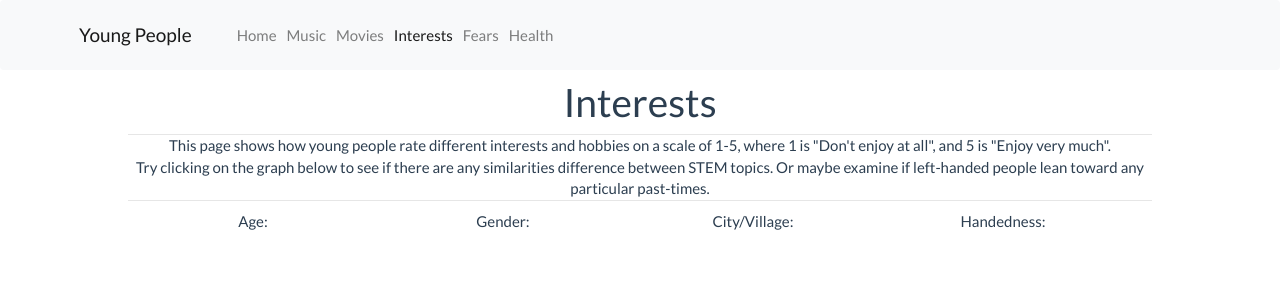
Repository: BrendanMolloy/milestone2
Page: interests.html
The author's editor kept a record of every edit. The page is drawn from the files as they stood at one moment, then again after the next edit.
The browser window is 1280 px wide. The pictures show the whole page.
Some web libraries are served in a nearby version.

Above is the page before.
Console error: TypeError: Cannot read properties of null (reading 'getAttribute')

### interests.html
<!DOCTYPE html>
<html lang="en">

<head>
  <meta charset="UTF-8">
  <meta name="viewport" content="width=device-width, initial-scale=1.0">
  <meta http-equiv="X-UA-Compatible" content="ie=edge">
  <title>Young People</title>

  <link rel="stylesheet" href="https://maxcdn.bootstrapcdn.com/bootstrap/4.0.0/css/bootstrap.min.css" integrity="sha384-Gn5384xqQ1aoWXA+058RXPxPg6fy4IWvTNh0E263XmFcJlSAwiGgFAW/dAiS6JXm" crossorigin="anonymous">

  <link rel="stylesheet" href="css/bootstrap.min.css" type="text/css" />
  <link rel="stylesheet" href="css/dc.min.css" type="text/css" />
  <link rel="stylesheet" href="css/style.css" type="text/css" />

  <script type="text/javascript" src="js/d3.min.js"></script>
  <script type="text/javascript" src="js/crossfilter.min.js"></script>
  <script type="text/javascript" src="js/dc.min.js"></script>
  <script type="text/javascript" src="js/queue.min.js"></script>
  <script type="text/javascript" src="js/interests.js"></script>
</head>

<body>
  <!------------------------------- Navbar -------------------------------------->

  <nav class="navbar navbar-expand-md navbar-expand-lg navbar-light bg-light">
    <a class="navbar-brand" href="#">Young People</a>
    <button class="navbar-toggler" type="button" data-toggle="collapse" data-target="#navbarNav" aria-controls="navbarNav" aria-expanded="false" aria-label="Toggle navigation">
    <span class="navbar-toggler-icon"></span>
  </button>
    <div class="collapse navbar-collapse" id="navbarNav">
      <ul class="navbar-nav">
        <li class="nav-item">
          <a class="nav-link" href="index.html">Home</a>
        </li>
        <li class="nav-item">
          <a class="nav-link" href="music.html">Music</a>
        </li>
        <li class="nav-item">
          <a class="nav-link" href="movies.html">Movies</a>
        </li>
        <li class="nav-item active">
          <a class="nav-link" href="interests.html">Interests <span class="sr-only">(current)</span></a>
        </li>
        <li class="nav-item">
          <a class="nav-link" href="fears.html">Fears</a>
        </li>
        <li class="nav-item">
          <a class="nav-link" href="health.html">Health</a>
        </li>
      </ul>
    </div>
  </nav>

  <!-------------------------------- Interests ------------------------------------->
  <section class="section main">
    <h1>Interests</h1>
    <p>This page shows how young people rate different interests and hobbies on a scale of 1-5, where 1 is "Don't enjoy at all", and 5 is "Enjoy very much".<br> Try clicking on the graph below to see if there are any similarities difference between STEM
      topics. Or maybe examine if left-handed people lean toward any particular past-times.</p>
    <div class="container-fluid dropdown-container">
      <div class="row">
        <div id="age-filter" class="dropdowns col-xs-6 col-md-6 col-lg-3">Age:<br></div>
        <div id="gender-filter" class="dropdowns col-xs-6 col-md-6 col-lg-3">Gender:<br></div>
        <div id="city-village-filter" class=" dropdowns col-xs-6 col-md-6 col-lg-3">City/Village:<br></div>
        <div id="handedness-filter" class="dropdowns col-xs-6 col-md-6 col-lg-3">Handedness:<br></div>
      </div>
    </div>
    <div class="row">
      <div id="art" class="col-sm-12 col-md-6 col-lg-4 badge"></div>
      <div id="biology" class="col-sm-12 col-md-6 col-lg-4 badge"></div>
      <div id="cars" class="col-sm-12 col-md-6 col-lg-4 badge"></div>
      <div id="celebrities" class="col-sm-12 col-md-6 col-lg-4 badge"></div>
      <div id="chemistry" class="col-sm-12 col-md-6 col-lg-4 badge"></div>
      <div id="computers" class="col-sm-12 col-md-6 col-lg-4 badge"></div>
      <div id="dancing" class="col-sm-12 col-md-6 col-lg-4 badge"></div>
      <div id="economics" class="col-sm-12 col-md-6 col-lg-4 badge"></div>
      <div id="languages" class="col-sm-12 col-md-6 col-lg-4 badge"></div>
      <div id="gardening" class="col-sm-12 col-md-6 col-lg-4 badge"></div>
      <div id="geography" class="col-sm-12 col-md-6 col-lg-4 badge"></div>
      <div id="history" class="col-sm-12 col-md-6 col-lg-4 badge"></div>
      <div id="internet" class="col-sm-12 col-md-6 col-lg-4 badge"></div>
      <div id="law" class="col-sm-12 col-md-6 col-lg-4 badge"></div>
      <div id="mathematics" class="col-sm-12 col-md-6 col-lg-4 badge"></div>
      <div id="medicine" class="col-sm-12 col-md-6 col-lg-4 badge"></div>
      <div id="pets" class="col-sm-12 col-md-6 col-lg-4 badge"></div>
      <div id="physics" class="col-sm-12 col-md-6 col-lg-4 badge"></div>
      <div id="playing-instruments" class="col-sm-12 col-md-6 col-lg-4 badge"></div>
      <div id="poetry-reading" class="col-sm-12 col-md-6 col-lg-4 badge"></div>
      <div id="poetry-writing" class="col-sm-12 col-md-6 col-lg-4 badge"></div>
      <div id="politics" class="col-sm-12 col-md-6 col-lg-4 badge"></div>
      <div id="psychology" class="col-sm-12 col-md-6 col-lg-4 badge"></div>
      <div id="religion" class="col-sm-12 col-md-6 col-lg-4 badge"></div>
      <div id="science-tech" class="col-sm-12 col-md-6 col-lg-4 badge"></div>
      <div id="shopping" class="col-sm-12 col-md-6 col-lg-4 badge"></div>
      <div id="socializing" class="col-sm-12 col-md-6 col-lg-4 badge"></div>
      <div id="sport-casual" class="col-sm-12 col-md-6 col-lg-4 badge"></div>

    </div>
  </section>

  <script src="https://code.jquery.com/jquery-3.2.1.slim.min.js" integrity="sha384-KJ3o2DKtIkvYIK3UENzmM7KCkRr/rE9/Qpg6aAZGJwFDMVNA/GpGFF93hXpG5KkN" crossorigin="anonymous"></script>
  <script src="https://cdnjs.cloudflare.com/ajax/libs/popper.js/1.12.9/umd/popper.min.js" integrity="sha384-ApNbgh9B+Y1QKtv3Rn7W3mgPxhU9K/ScQsAP7hUibX39j7fakFPskvXusvfa0b4Q" crossorigin="anonymous"></script>
  <script src="https://maxcdn.bootstrapcdn.com/bootstrap/4.0.0/js/bootstrap.min.js" integrity="sha384-JZR6Spejh4U02d8jOt6vLEHfe/JQGiRRSQQxSfFWpi1MquVdAyjUar5+76PVCmYl" crossorigin="anonymous"></script>


</body>

</html>

### css/style.css
.container {
  margin: 0;
  padding: 0;
}

.navbar-container {
  z-index: 2;
  position: fixed;
  width: 100vw;
  border-bottom: 1px solid #000;

}

.navbar {
  z-index: 2;
  position: fixed;
  width: 100vw;
  padding-left: 5%;
  padding-right: 5%;
  margin: 0;
}


.landing {
  text-align: center;
  padding-top: 60px;
  padding-right: 15%;
  padding-left: 15%;
  background: url("../images/young-people.jpg") no-repeat fixed center;
  -webkit-background-size: cover;
  -moz-background-size: cover;
  -o-background-size: cover;
  height: auto;
  background-size: cover;
  background-position:absolute;
}

.landing-graphs {
  position: relative;
  width: 100%;
  padding: 2%;
  background: rgba(231, 242, 253, 0.9);
}

p {
  border-top: 1px solid #e6e6e6;
  border-bottom: 1px solid #e6e6e6;
    -webkit-animation: fadein 3s;
  /* Safari, Chrome and Opera > 12.1 */
  -moz-animation: fadein 3s;
  /* Firefox < 16 */
  -ms-animation: fadein 3s;
  /* Internet Explorer */
  -o-animation: fadein 3s;
  /* Opera < 12.1 */
  animation: fadein 3s;
}

.landing p {
  background: rgba(231, 242, 253, 0.7);
}

.sidenav {
  height: 100%;
  /*Full-height: remove this if you want "auto" height */
  /*width: 450px;  Set the width of the sidebar */
  position: fixed;
  /* Fixed Sidebar (stay in place on scroll) */
  z-index: 1;
  /* Stay on top */
  top: 0;
  /* Stay at the top */
  left: 0;
  background-color: #CCCCCC;
  /* Light Grey */
  overflow-x: hidden;
  /* Disable horizontal scroll */
  padding: 0;
  padding-top: 60px;
  border-right: 1px solid #000;
}

.dropdowns {
  text-align: center;
  max-width:250px;
}

.dropdown-container{
  max-width: inherit;
  text-align: center;
}


.main {
  /*margin-left: 250px;
  Same as the width of the sidebar */
  text-align: center;
  max-width: 100vw;
  padding-left: 10%;
  padding-right: 10%;
  padding-top: 60px;
}

.badge {
  text-align: center;
  width: 100%;
  /*height: auto; */
  background-color: #E7F2FD;
  border: 10px solid #fff;
}


#music-enjoyment {
  padding: 0;
}

.side-graphs {
  text-align: center;
  width: 100%;
  padding: 5%;
  padding-right: 0px;
}

.side-graphs#age {
  padding: 0;
}

### js/interests.js
/* global queue */
/* global d3 */
/* global crossfilter */
/* global dc */

queue()
    .defer(d3.csv, "data/young-people.csv")
    .await(makeGraphs);

function makeGraphs(error, ypData){
    var ndx = crossfilter(ypData);

    // demographics //
    show_age_range(ndx);
    show_pie_chart(ndx, 'Gender', "#gender-balance");
    show_pie_chart(ndx, 'Village - town', "#city-village");
    show_pie_chart(ndx, 'Left - right handed', "#handedness")

    // interests //
    show_bar_chart(ndx, 'Art exhibitions', "#art", "Art");
    show_bar_chart(ndx, 'Biology', "#biology", "Biology");
    show_bar_chart(ndx, 'Cars', "#cars", "Cars");
    show_bar_chart(ndx, 'Celebrities', "#celebrities", "Celebrities");
    show_bar_chart(ndx, 'Chemistry', "#chemistry", "Chemistry");
    show_bar_chart(ndx, 'PC', "#computers", "Computers");
    show_bar_chart(ndx, 'Dancing', "#dancing", "Dancing");
    show_bar_chart(ndx, 'Economy Management', "#economics", "Economics");
    show_bar_chart(ndx, 'Foreign languages', "#languages", "Languages");
    show_bar_chart(ndx, 'Gardening', "#gardening", "Gardening");
    show_bar_chart(ndx, 'Geography', "#geography", "Geography");
    show_bar_chart(ndx, 'History', "#history", "History");
    show_bar_chart(ndx, 'Internet', "#internet", "Internet");
    show_bar_chart(ndx, 'Law', "#law", "Law");
    show_bar_chart(ndx, 'Mathematics', "#mathematics", "Mathematics");
    show_bar_chart(ndx, 'Medicine', "#medicine", "Medicine");
    show_bar_chart(ndx, 'Pets', "#pets", "Pets");
    show_bar_chart(ndx, 'Physics', "#physics", "Physics");
    show_bar_chart(ndx, 'Musical instruments', "#playing-instruments", "Playing Musical Instruments");
    show_bar_chart(ndx, 'Reading', "#poetry-reading", "Poetry (reading)");
    show_bar_chart(ndx, 'Writing', "#poetry-writing", "Poetry (writing)");
    show_bar_chart(ndx, 'Politics', "#politics", "Politics");
    show_bar_chart(ndx, 'Psychology', "#psychology", "Psychology");
    show_bar_chart(ndx, 'Religion', "#religion", "Religion");
    show_bar_chart(ndx, 'Science and technology', "#science-tech", "Science and Technology");
    show_bar_chart(ndx, 'Shopping', "#shopping", "Shopping");
    show_bar_chart(ndx, 'Fun with friends', "#socializing", "Socializing");
    show_bar_chart(ndx, 'Passive sport', "#sport-casual", "Sport");
    /*show_bar_chart(ndx, 'Active sport', "#sport-competitive", "Sport (competitive)"); Cannot render these last three graphs as crossfilter can only render a maximum of 32 graphs at once.
    show_bar_chart(ndx, 'Adrenaline sports', "#sport-extreme", "Sport (extreme)");
    show_bar_chart(ndx, 'Theatre', "#theatre", "Theatre"); */

    dc.renderAll();
}

function remove_empty_bins(source_group) { //eliminates empty or null values from the dataset, so graphs can render unimpeded//
    return {
        all:function () {
            return source_group.all().filter(function(d) {
                //return Math.abs(d.value) > 0.00001; // if using floating-point numbers
                return d.key !== ""; // if integers only
            });
        }
    };
}



//---------------------- Demographics Graphs ---------------------------------//

function show_pie_chart(ndx, dimensionLabel, id){
    var dim = ndx.dimension(dc.pluck(dimensionLabel));
    var group = dim.group();
    var filtered_group = remove_empty_bins(group)

    dc.pieChart(id)
        .useViewBoxResizing(true)
        .externalRadiusPadding(10)
        .innerRadius(0)
        .dimension(dim)
        .group(filtered_group)
        .legend(dc.legend())
        .on('pretransition', function(chart) {
        chart.selectAll('text.pie-slice').text(function(d) {
            return d.data.key + ' ' + dc.utils.printSingleValue((d.endAngle - d.startAngle) / (2*Math.PI) * 100) + '%';
        })
    })
}

function show_age_range(ndx){
    var dim = ndx.dimension(dc.pluck('Age'));
    var group = dim.group();
    var filtered_group = remove_empty_bins(group)

    dc.barChart("#age")
        .useViewBoxResizing(true)
        .dimension(dim)
        .group(filtered_group)
        .transitionDuration(500)
        .x(d3.scale.ordinal())
        .xUnits(dc.units.ordinal)
        .elasticY(true)
        .xAxisLabel("Age")
        .yAxis().ticks(10);
}

/*function show_age_range(ndx){ //displays age distribution in pie chart form
    var dim = ndx.dimension(dc.pluck('Age'));
    var group = dim.group();
    var filtered_group = remove_empty_bins(group)

    dc.pieChart("#age")
        .useViewBoxResizing(true)
        .externalRadiusPadding(10)
        .innerRadius(0)
        .dimension(dim)
        .group(filtered_group)
        .legend(dc.legend())
        .on('pretransition', function(chart) {
        chart.selectAll('text.pie-slice').text(function(d) {
            return d.data.key + ' ' + dc.utils.printSingleValue((d.endAngle - d.startAngle) / (2*Math.PI) * 100) + '%';
        })
    })
} */

//---------------------------- Main Graphs ----------------------------------//

function show_bar_chart(ndx, dimensionLabel, id, xlabel){
    var dim = ndx.dimension(dc.pluck(dimensionLabel)); //selects column from dataset
    var group = dim.group();
    var filtered_group = remove_empty_bins(group)

    dc.barChart(id)
        .width(400)
        .height(300)
        .margins({top:10, right:50, bottom:30, left:50})
        .dimension(dim)
        .group(filtered_group)
        .transitionDuration(500)
        .x(d3.scale.ordinal())
        .xUnits(dc.units.ordinal)
        .elasticY(true)
        .xAxisLabel(xlabel)
        .yAxis().ticks(10);
}

Loaded but not shown: css/bootstrap.min.css (library); css/dc.min.css (library); js/d3.min.js (library); js/crossfilter.min.js (library); js/dc.min.js (library); js/queue.min.js (common file)

After the next edit:
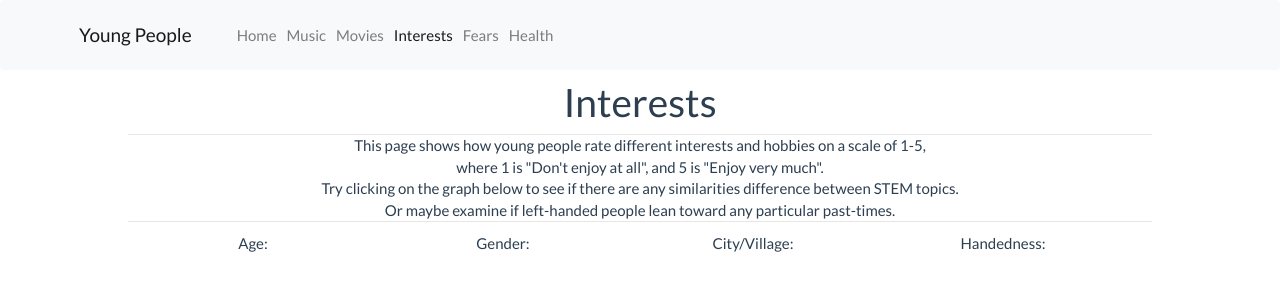
The edit:
--- a/interests.html
+++ b/interests.html
@@ -55,8 +55,10 @@
   <!-------------------------------- Interests ------------------------------------->
   <section class="section main">
     <h1>Interests</h1>
-    <p>This page shows how young people rate different interests and hobbies on a scale of 1-5, where 1 is "Don't enjoy at all", and 5 is "Enjoy very much".<br> Try clicking on the graph below to see if there are any similarities difference between STEM
-      topics. Or maybe examine if left-handed people lean toward any particular past-times.</p>
+    <p>This page shows how young people rate different interests and hobbies on a scale of 1-5,
+    <br>where 1 is "Don't enjoy at all", and 5 is "Enjoy very much".
+    <br> Try clicking on the graph below to see if there are any similarities difference between STEM topics.
+    <br>Or maybe examine if left-handed people lean toward any particular past-times.</p>
     <div class="container-fluid dropdown-container">
       <div class="row">
         <div id="age-filter" class="dropdowns col-xs-6 col-md-6 col-lg-3">Age:<br></div>
